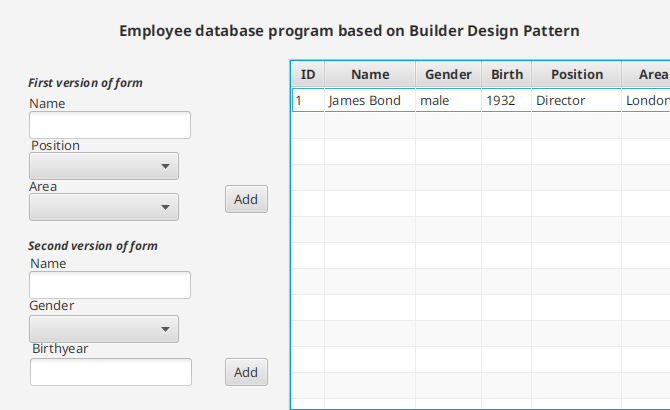
Repository: DanielCsonka987/JavaPrograms_programPatterns
Program's window: java OOP_ProgPat_Builder/src/application/Main.java
These files come from the project's save history. The program's window is drawn as it stood at one moment and after a run of saves; the edit follows.
It runs on Java 21 on a 1366 x 768 screen with JavaFX 11; the title bar is not drawn.

Above is the program's window before, as saved 2019-10-21 13:14:20.

After the next 2 saves:
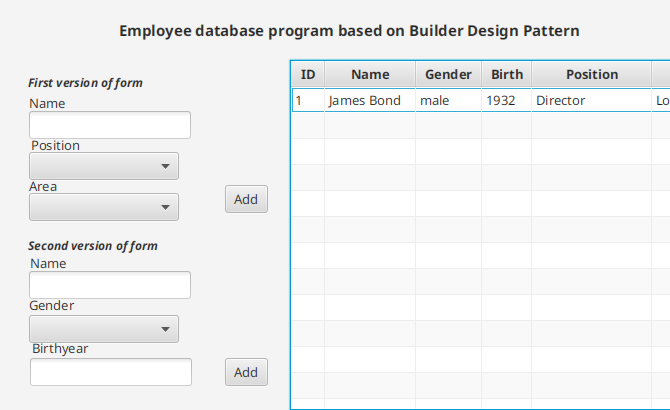
The 2 saves are shown as one change because they came seconds apart.
The last was saved 40 s later.
--- a/OOP_ProgPat_Builder/src/application/MainWindowController.java
+++ b/OOP_ProgPat_Builder/src/application/MainWindowController.java
@@ -79,9 +79,10 @@
 		birthYears = new TableColumn<Employee, Number>("Birth");
 		birthYears.setCellValueFactory(c -> c.getValue().getBirthYearProp());
 		positions = new TableColumn<Employee, String>("Position");
-		positions.setPrefWidth(90);
+		positions.setPrefWidth(120);
 		positions.setCellValueFactory(c -> c.getValue().getPositionProp());
 		areas = new TableColumn<Employee, String>("Area");
+		areas.setPrefWidth(90);
 		areas.setCellValueFactory(c -> c.getValue().getAreaProp());
 
 		tableEmployee.getColumns().addAll(ids, names, genders, birthYears, positions, areas);
